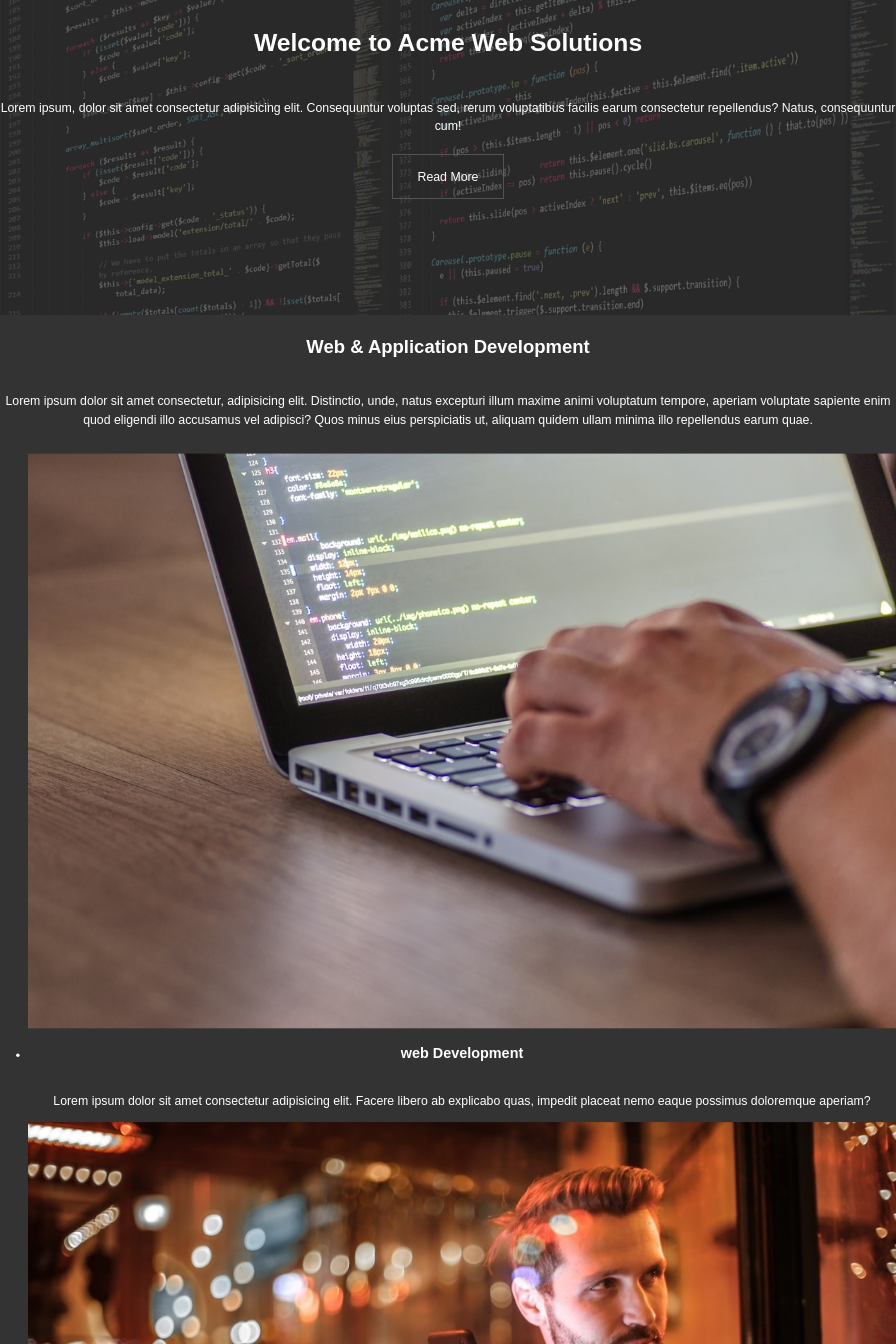
Repository: ErikBaer/MobileFirst
Page: index.html
These files come from the project's save history. The page is drawn as it stood at one moment and after the next save; the edit follows.
The browser window is 1280 px wide. The pictures show the part of the page from y = 0 to 1920 px (the page is 4144 px tall), at 70% of full size.

Above is the page before, as saved 2020-02-15 02:57:59.

After the next save:
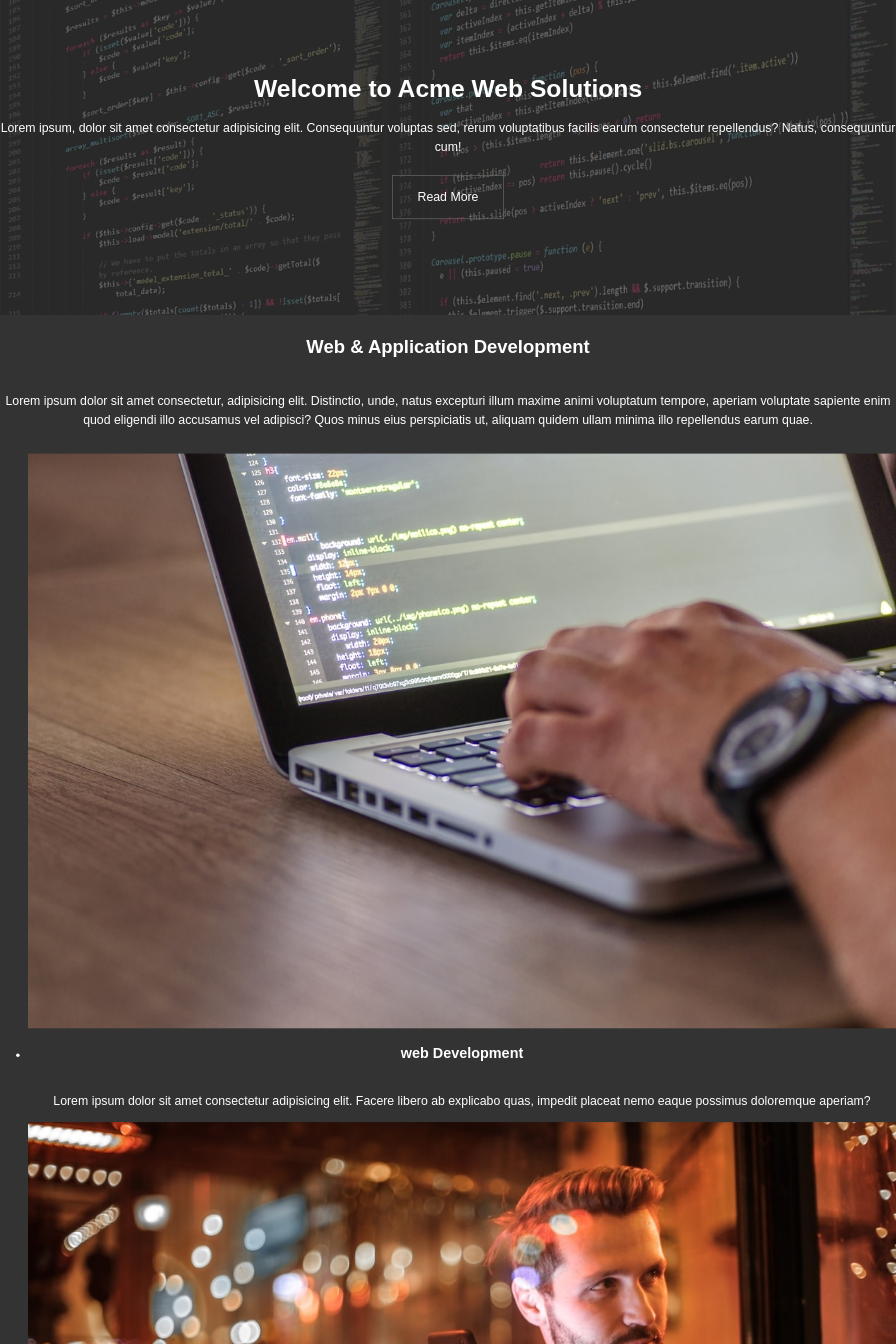
Saved 38 s later.
--- a/style.css
+++ b/style.css
@@ -60,5 +60,6 @@ p {
 }
 
 #showcase h1 {
-    padding:
+    padding-top: 100px;
+    padding-bottom: 0;
 }
